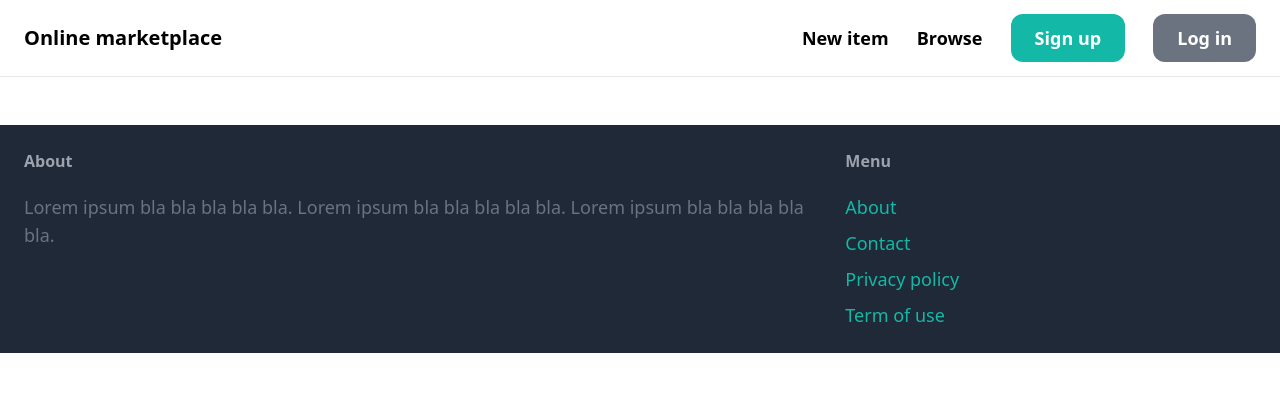
Repository: Anamikatiwari/Online_Market_Place
Page: conversation/templates/conversation/new.html
An editor plug-in stored every save of this project. The page is shown before and after the next save, followed by the edit.
The browser window is 1280 px wide. The pictures show the whole page.
Some web libraries are served in a nearby version. The template is drawn by Django 5.2. The application's start-up code is not run. Other server files are loaded and not shown. The template is opened directly, without the code that normally fills it, so the values that code supplies are empty.

Above is the page before, as saved 2024-09-07 15:42:58.

### conversation/templates/conversation/new.html
{% extends "core/base.html" %}

{% block title %}New conversation{% endblock title %}

{% block content %}

{% endblock content %}

### core/templates/core/base.html
<!doctype html>

<html>
    <head>
        <meta charset="utf-8">
        <meta name="viewport" content="width=device-width, initial-scale=1.0">

        <script src="http://cdn.tailwindcss.com"></script>

        <title> {% block title %}{% endblock title %} | Online Marketplace</title>

    </head>

    <body>
        <nav class="py-6 px-6 flex justify-between items-center border-b border-gray-200">
            <a href="/" class="text-xl font-semibold">Online marketplace</a>
            <div class="space-x-6">
                <a href="{% url 'item:new' %}" class="text-lg font-semibold hover:text-gray-500">New item</a>
                <a href="{% url 'item:items' %}" class="text-lg font-semibold hover:text-gray-500">Browse</a>

                {% if request.user.is_authenticated %}
                    <a href="#" class="px-6 py-3 text-lg font-semibold bg-teal-500 text-white rounded-xl hover:bg-teal-700">Inbox</a>
                    <a href="{% url 'dashboard:index' %}" class="px-6 py-3 text-lg font-semibold bg-gray-500 text-white rounded-xl hover:bg-gray-700">Dashboard</a>
                {% else  %}
                    <a href="{% url 'core:signup' %}" class="px-6 py-3 text-lg font-semibold bg-teal-500 text-white rounded-xl hover:bg-teal-700">Sign up</a>
                    <a href="{% url 'core:login' %}" class="px-6 py-3 text-lg font-semibold bg-gray-500 text-white rounded-xl hover:bg-gray-700">Log in</a>
                {% endif %}
            </div>
        </nav>

        <div class="px-6 py-6">
            {% block content %}
            {% endblock content %}
        </div>

        <footer class="py-6 px-6 flex justify-between bg-gray-800">
           <div class="w-2/3 pr-10">
                <h3 class="mb-5 font-semibold text-gray-400">About</h3>

                <p class="text-lg text-gray-500">Lorem ipsum bla bla bla bla bla. Lorem ipsum bla bla bla bla bla. Lorem ipsum bla bla bla bla bla.</p>
           </div>

           <div class="w-1/3">
               <h3 class="mb-5 font-semibold text-gray-400">Menu</h3>

               <ul class="space-y-2">
                    <li><a href="#" class="text-lg text-teal-500 hover:text-teal-700">About</a></li>
                    <li><a href="{% url 'core:contact' %}" class="text-lg text-teal-500 hover:text-teal-700">Contact</a></li>
                    <li><a href="#" class="text-lg text-teal-500 hover:text-teal-700">Privacy policy</a></li>
                    <li><a href="#" class="text-lg text-teal-500 hover:text-teal-700">Term of use</a></li>
               </ul>
           </div>
        </footer>


    </body>
</html>

After the next save:
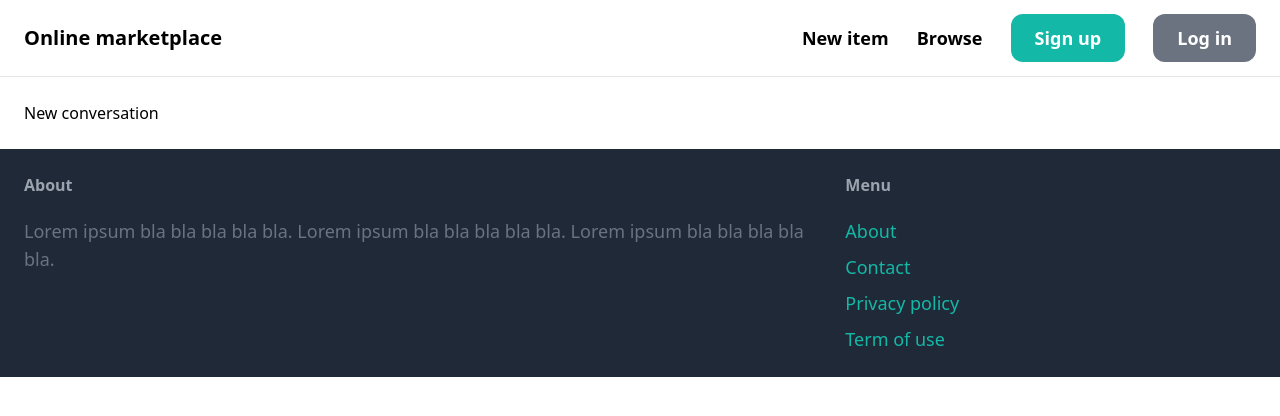
Saved 12 s later.
--- a/conversation/templates/conversation/new.html
+++ b/conversation/templates/conversation/new.html
@@ -3,5 +3,5 @@
 {% block title %}New conversation{% endblock title %}
 
 {% block content %}
-
+<h1>New conversation</h1>
 {% endblock content %}
